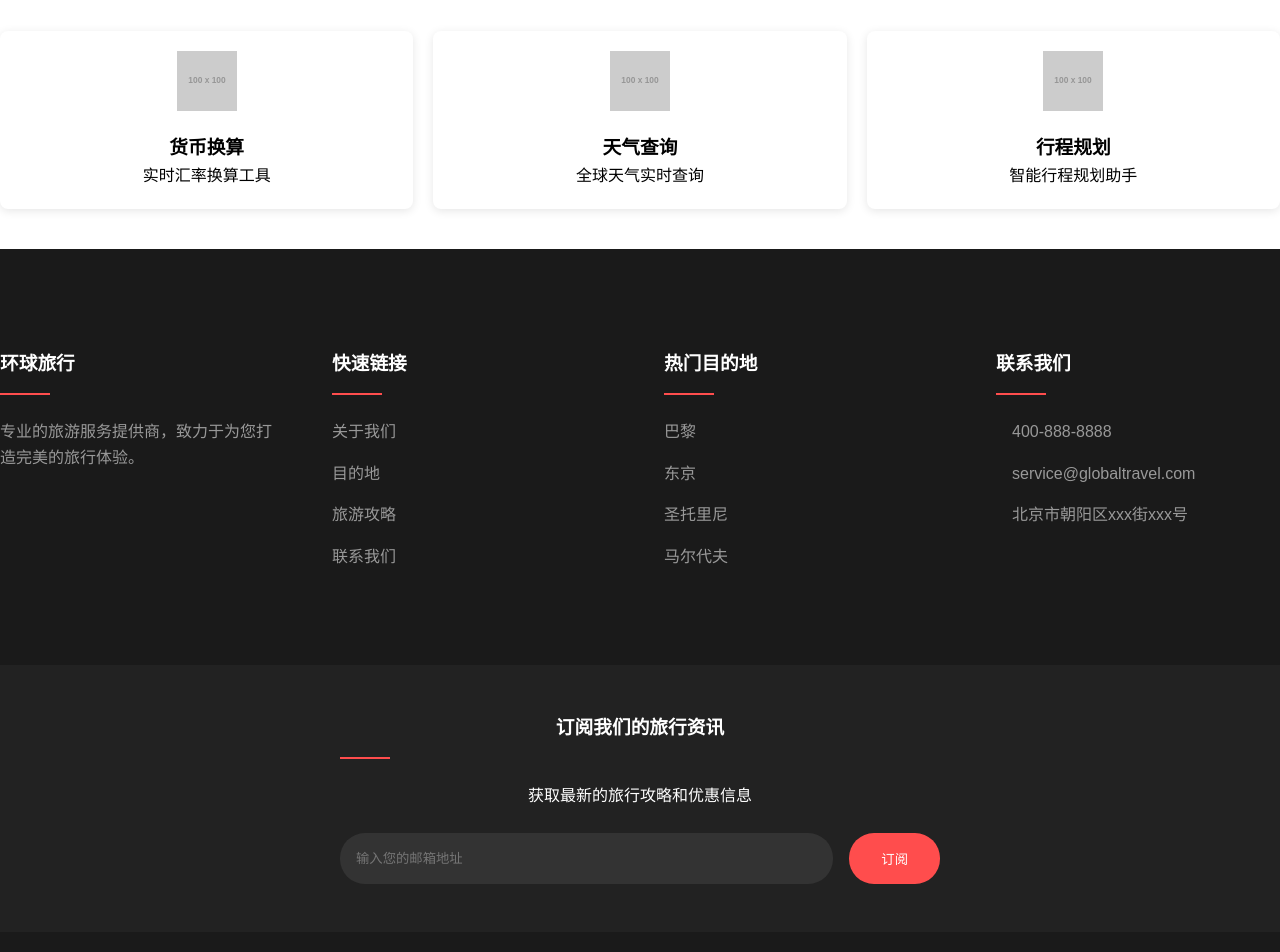
Repository: huang-heavenly-Emperor/travel_1
Page: pages/guide.html
An editor plug-in stored every save of this project. The page is shown before and after the next save, followed by the edit.
The browser window is 1280 px wide. The pictures show the part of the page from y = 1398 to 2350 px (the page is 2350 px tall before and 2083 px after).

Above is the page before, as saved 2024-11-18 03:41:04.
Not found: css/common.css

After the next save:
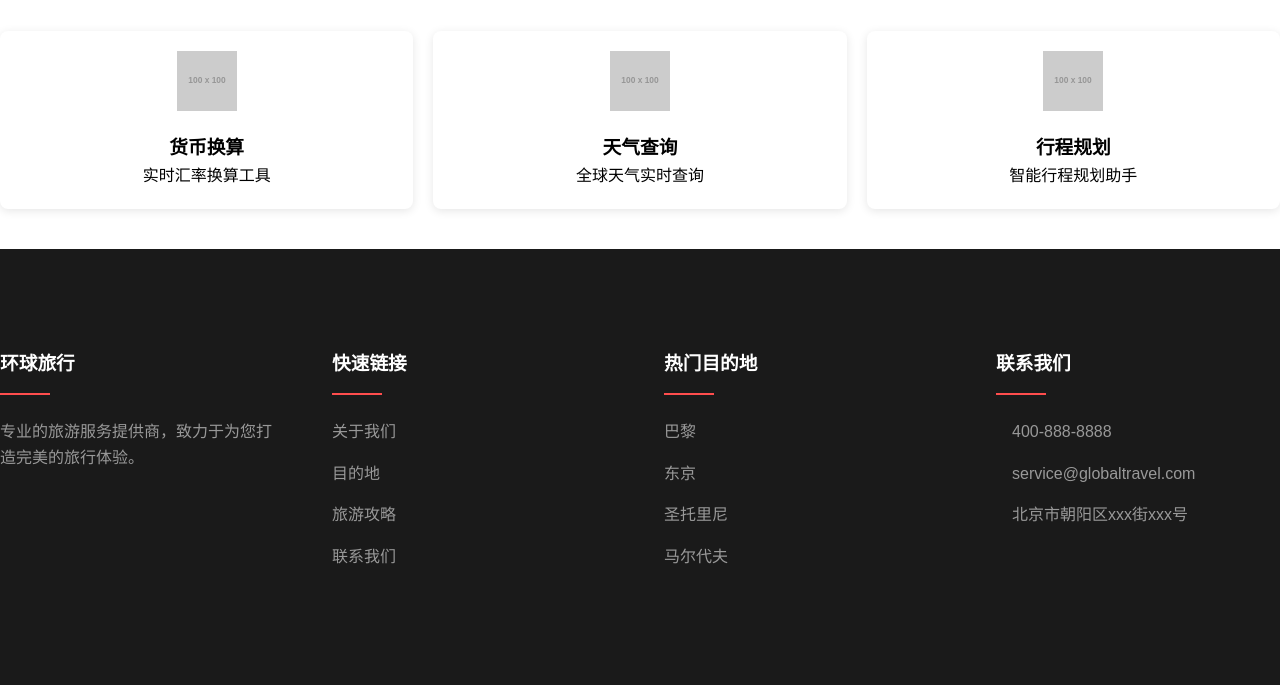
Saved 12 s later.
--- a/pages/guide.html
+++ b/pages/guide.html
@@ -198,20 +198,6 @@
           </div>
       </div>
 
-      <!-- 订阅newsletter -->
-      <div class="footer-newsletter">
-          <div class="container">
-              <div class="newsletter-content">
-                  <h3>订阅我们的旅行资讯</h3>
-                  <p>获取最新的旅行攻略和优惠信息</p>
-                  <form class="newsletter-form">
-                      <input type="email" placeholder="输入您的邮箱地址">
-                      <button type="submit">订阅</button>
-                  </form>
-              </div>
-          </div>
-      </div>
-
 
   </footer>
 </body>
